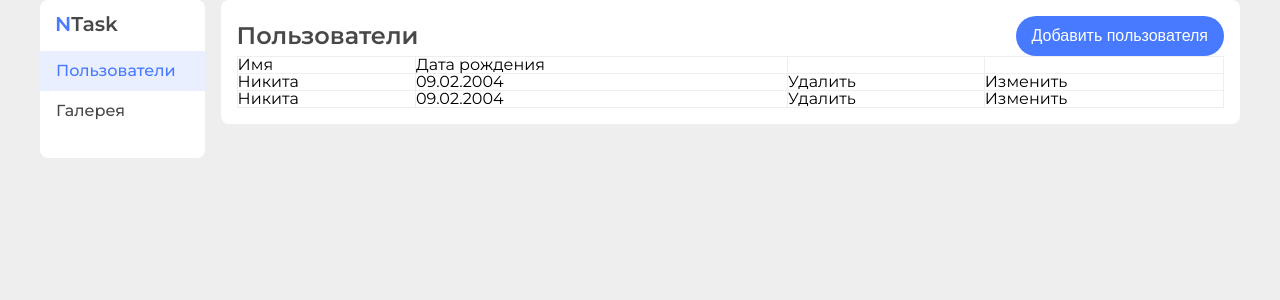
Repository: Grid-Master/NTask
Page: /
An editor plug-in stored every save of this project. The page is shown before and after the next save, followed by the edit.
The browser window is 1280 px wide. The pictures show the whole page.
The project was rebuilt for these pictures with package versions that can differ from the ones it lists, and the page was loaded fresh each time.

Above is the page before, as saved 2023-06-05 09:12:28.

After the next save:
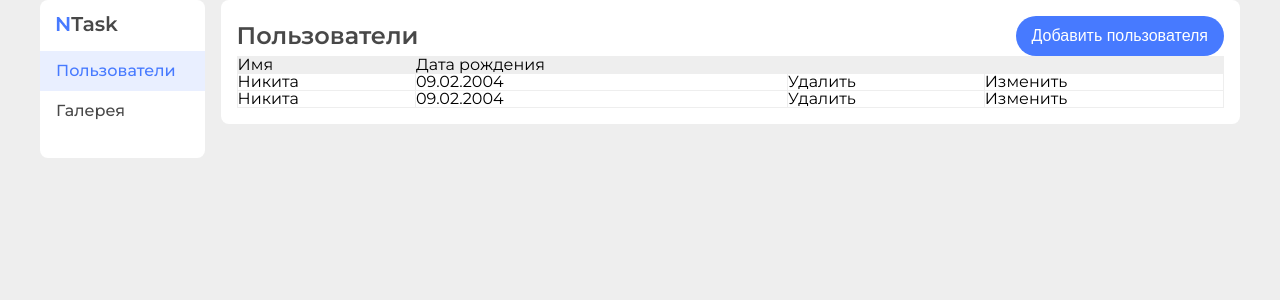
Saved 14 s later.
--- a/src/components/userList/userList.sass
+++ b/src/components/userList/userList.sass
@@ -32,5 +32,5 @@
         border-collapse: collapse
         td
             border: 1px solid #EEEEEE
-        &:first-child
+        &-info
             background-color: #EEEEEE
